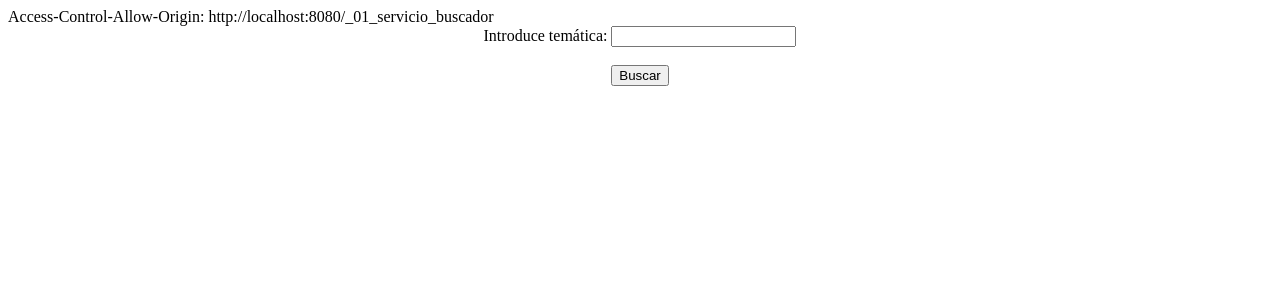
Repository: zhimbaya/corenetworks-javaee-2024
Page: JavaEE-servicio-rest/_03_cliente_front_buscador/public/buscador.html
An editor plug-in stored every save of this project. The page is shown before and after the next save, followed by the edit.
The browser window is 1280 px wide. The pictures show the whole page.

Above is the page before, as saved 2024-02-07 19:03:26.

### JavaEE-servicio-rest/_03_cliente_front_buscador/public/buscador.html
<!DOCTYPE html>
<html>
<head>
<meta charset="utf-8">
<title>Buscador</title>
Access-Control-Allow-Origin: http://localhost:8080/_01_servicio_buscador
</head>
<body>
	<center>
		Introduce temática: <input type="text" id="tematica"/>
		<br>
		<br>
		<input value="Buscar" id="enviar" type="button">
		<br>
		<br>
		<div id="tbResultados">
		</div>
	</center>
<script src="https://ajax.googleapis.com/ajax/libs/jquery/3.7.1/jquery.min.js"></script>
<script type="text/javascript">
	$("#enviar").click(buscarResultados);
	function buscarResultados(){
		let url = "http://localhost:8080/_01_servicio_buscador/buscar";
		let params = {"tematica":$("#tematica").val()};
		$.get(url,params, function(data){
			let res = "<h1>Resultados de la búsqueda</h1>";
			$.each(data,function(e,i){
				res += "<a href='"+e.url+"'>"+e.url+"</a><br>";
				res += "<b>"+e.descripcion+"</b><br><hr>"
			});
		$("#tbResultados").html(res);
		});
	}
</script>
</body>
</html>

After the next save:
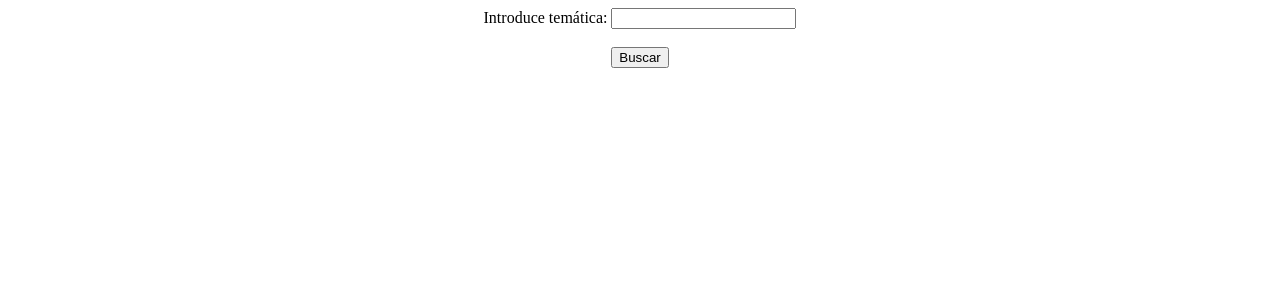
Saved 26 s later.
--- a/JavaEE-servicio-rest/_03_cliente_front_buscador/public/buscador.html
+++ b/JavaEE-servicio-rest/_03_cliente_front_buscador/public/buscador.html
@@ -2,8 +2,9 @@
 <html>
 <head>
 <meta charset="utf-8">
+<meta charset="Access-Control-Allow-Origin: http://localhost:8080/_01_servicio_buscador">
 <title>Buscador</title>
-Access-Control-Allow-Origin: http://localhost:8080/_01_servicio_buscador
+
 </head>
 <body>
 	<center>
